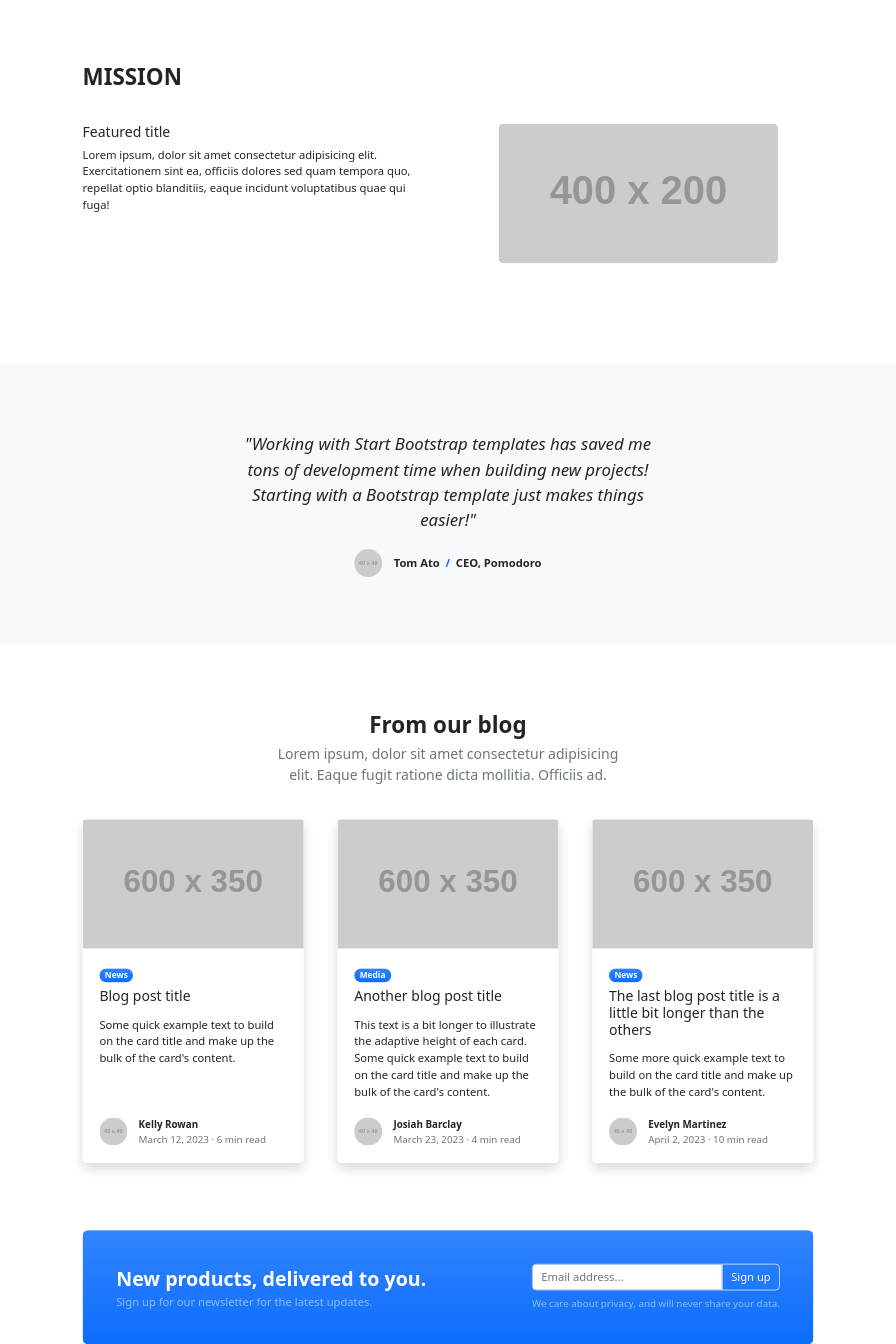
Repository: DragonFruit8/BeTheSpark
Page: index.html
An editor plug-in stored every save of this project. The page is shown before and after the next save, followed by the edit.
The browser window is 1280 px wide. The pictures show the part of the page from y = 489 to 2409 px (the page is 2577 px tall before and 2677 px after), at 70% of full size.

Above is the page before, as saved 2024-01-14 07:53:42.

### index.html
<!DOCTYPE html>
<html lang="en">
    <head>
        <meta charset="utf-8" />
        <meta name="viewport" content="width=device-width, initial-scale=1, shrink-to-fit=no" />
        <meta name="description" content="" />
        <meta name="author" content="" />
        <title>Modern Business - Start Bootstrap Template</title>
        <!-- Favicon-->
        <link rel="icon" type="image/x-icon" href="assets/favicon.ico" />
        <!-- Bootstrap icons-->
        <link href="https://cdn.jsdelivr.net/npm/bootstrap-icons@1.5.0/font/bootstrap-icons.css" rel="stylesheet" />
        <!-- Core theme CSS (includes Bootstrap)-->
        <link href="css/styles.css" rel="stylesheet" />
        <link href="css/home.css" rel="stylesheet" />
    </head>
    <body class="d-flex flex-column h-100">
        <main class="flex-shrink-0">
            <!-- Navigation-->
            <nav class="navbar navbar-expand-lg navbar-dark bg-dark">
                <div class="container px-5">
                    <a class="navbar-brand" href="index.html">Start Bootstrap</a>
                    <button class="navbar-toggler" type="button" data-bs-toggle="collapse" data-bs-target="#navbarSupportedContent" aria-controls="navbarSupportedContent" aria-expanded="false" aria-label="Toggle navigation"><span class="navbar-toggler-icon"></span></button>
                    <div class="collapse navbar-collapse" id="navbarSupportedContent">
                        <ul class="navbar-nav ms-auto mb-2 mb-lg-0">
                            <li class="nav-item"><a class="nav-link" href="index.html">Home</a></li>
                            <li class="nav-item"><a class="nav-link" href="about.html">About</a></li>
                            <li class="nav-item"><a class="nav-link" href="contact.html">Contact</a></li>
                            <li class="nav-item"><a class="nav-link" href="pricing.html">Pricing</a></li>
                            <li class="nav-item"><a class="nav-link" href="faq.html">FAQ</a></li>
                            <li class="nav-item dropdown">
                                <a class="nav-link dropdown-toggle" id="navbarDropdownBlog" href="#" role="button" data-bs-toggle="dropdown" aria-expanded="false">Blog</a>
                                <ul class="dropdown-menu dropdown-menu-end" aria-labelledby="navbarDropdownBlog">
                                    <li><a class="dropdown-item" href="blog-home.html">Blog Home</a></li>
                                    <li><a class="dropdown-item" href="blog-post.html">Blog Post</a></li>
                                </ul>
                            </li>
                            <li class="nav-item dropdown">
                                <a class="nav-link dropdown-toggle" id="navbarDropdownPortfolio" href="#" role="button" data-bs-toggle="dropdown" aria-expanded="false">Portfolio</a>
                                <ul class="dropdown-menu dropdown-menu-end" aria-labelledby="navbarDropdownPortfolio">
                                    <li><a class="dropdown-item" href="portfolio-overview.html">Portfolio Overview</a></li>
                                    <li><a class="dropdown-item" href="portfolio-item.html">Portfolio Item</a></li>
                                </ul>
                            </li>
                        </ul>
                    </div>
                </div>
            </nav>
            <!-- Header-->
            <header class="bg-dark py-5">
                <div class="container px-5">
                    <div class="row gx-5 align-items-center justify-content-center">
                        <div class="col-lg-8 col-xl-10 col-xxl-12">
                            <div class="my-5 text-center text-xl-start">
                                <h1 class="display-5 fw-bolder text-white mb-2">Be The Spark</h1>
                                <p class="lead fw-normal text-white-50 mb-4">Ignite Change in the World</p>
                                <div id="CTA" class="d-grid gap-3 d-sm-flex justify-content-sm-center justify-content-xl-start">
                                    <a id="introCard" class="btn btn-primary btn-lg px-4 me-sm-3" href="#features">Our Movement</a>
                                    <a id="introCard" class="btn btn-outline-light btn-lg px-4" href="#!">Monthly Zoom Calls</a>
                                    <a id="introCard" class="btn btn-primary btn-lg px-4 me-sm-3" href="#features">Get Involved </a>
                                </div>
                            </div>
                        </div>
                        <!-- <div class="col-xl-5 col-xxl-6 d-none d-xl-block text-center"><img class="img-fluid rounded-3 my-5" src="https://dummyimage.com/600x400/343a40/6c757d" alt="..." /></div> -->
                    </div>
                </div>
            </header>
            <!-- Features section-->
            <section class="py-5" id="features">
                <div class="container px-5 my-5">
                    <div class="row gx-5">
                        <div class="col-lg-4 mb-5 mb-lg-0"><h2 class="fw-bolder mb-5">MISSION</h2></div>
                        <div class="row-lg-8">
                            <div class="row gx-5 row-cols-1 row-cols-md-2">
                                <div class="col mb-5 h-100">
                                    <!-- <div class="feature bg-primary bg-gradient text-white rounded-3 mb-3">
                                        <i class="bi bi-collection"></i>
                                    </div> -->
                                    <h2 class="h5">Featured title</h2>
                                    <p class="mb-0">Lorem ipsum, dolor sit amet consectetur adipisicing elit. Exercitationem sint ea, officiis dolores sed quam tempora quo, repellat optio blanditiis, eaque incidunt voluptatibus quae qui fuga!</p>
                                </div>
                                <!-- Photo on the right side -->
                                <div class="col mb-5 h-50 w-50">
                                    <img class="img-fluid rounded-3 mx-5" src="https://dummyimage.com/400x200/343a40/6c757d" alt="..." />

                                <!-- <div class="col mb-5 h-100">
                                    <div class="feature bg-primary bg-gradient text-white rounded-3 mb-3"><i class="bi bi-building"></i></div>
                                    <h2 class="h5">Featured title</h2>
                                    <p class="mb-0">Paragraph of text beneath the heading to explain the heading. Here is just a bit more text.</p>
                                </div>
                                <div class="col mb-5 mb-md-0 h-100">
                                    <div class="feature bg-primary bg-gradient text-white rounded-3 mb-3"><i class="bi bi-toggles2"></i></div>
                                    <h2 class="h5">Featured title</h2>
                                    <p class="mb-0">Paragraph of text beneath the heading to explain the heading. Here is just a bit more text.</p>
                                </div>
                                <div class="col h-100">
                                    <div class="feature bg-primary bg-gradient text-white rounded-3 mb-3"><i class="bi bi-toggles2"></i></div>
                                    <h2 class="h5">Featured title</h2>
                                    <p class="mb-0">Paragraph of text beneath the heading to explain the heading. Here is just a bit more text.</p>
                                </div> -->
                            </div>
                        </div>
                    </div>
                </div>
            </section>
            <!-- Testimonial section-->
            <div class="py-5 bg-light">
                <div class="container px-5 my-5">
                    <div class="row gx-5 justify-content-center">
                        <div class="col-lg-10 col-xl-7">
                            <div class="text-center">
                                <div class="fs-4 mb-4 fst-italic">"Working with Start Bootstrap templates has saved me tons of development time when building new projects! Starting with a Bootstrap template just makes things easier!"</div>
                                <div class="d-flex align-items-center justify-content-center">
                                    <img class="rounded-circle me-3" src="https://dummyimage.com/40x40/ced4da/6c757d" alt="..." />
                                    <div class="fw-bold">
                                        Tom Ato
                                        <span class="fw-bold text-primary mx-1">/</span>
                                        CEO, Pomodoro
                                    </div>
                                </div>
                            </div>
                        </div>
                    </div>
                </div>
            </div>
            <!-- Blog preview section-->
            <section class="py-5">
                <div class="container px-5 my-5">
                    <div class="row gx-5 justify-content-center">
                        <div class="col-lg-8 col-xl-6">
                            <div class="text-center">
                                <h2 class="fw-bolder">From our blog</h2>
                                <p class="lead fw-normal text-muted mb-5">Lorem ipsum, dolor sit amet consectetur adipisicing elit. Eaque fugit ratione dicta mollitia. Officiis ad.</p>
                            </div>
                        </div>
                    </div>
                    <div class="row gx-5">
                        <div class="col-lg-4 mb-5">
                            <div class="card h-100 shadow border-0">
                                <img class="card-img-top" src="https://dummyimage.com/600x350/ced4da/6c757d" alt="..." />
                                <div class="card-body p-4">
                                    <div class="badge bg-primary bg-gradient rounded-pill mb-2">News</div>
                                    <a class="text-decoration-none link-dark stretched-link" href="#!"><h5 class="card-title mb-3">Blog post title</h5></a>
                                    <p class="card-text mb-0">Some quick example text to build on the card title and make up the bulk of the card's content.</p>
                                </div>
                                <div class="card-footer p-4 pt-0 bg-transparent border-top-0">
                                    <div class="d-flex align-items-end justify-content-between">
                                        <div class="d-flex align-items-center">
                                            <img class="rounded-circle me-3" src="https://dummyimage.com/40x40/ced4da/6c757d" alt="..." />
                                            <div class="small">
                                                <div class="fw-bold">Kelly Rowan</div>
                                                <div class="text-muted">March 12, 2023 &middot; 6 min read</div>
                                            </div>
                                        </div>
                                    </div>
                                </div>
                            </div>
                        </div>
                        <div class="col-lg-4 mb-5">
                            <div class="card h-100 shadow border-0">
                                <img class="card-img-top" src="https://dummyimage.com/600x350/adb5bd/495057" alt="..." />
                                <div class="card-body p-4">
                                    <div class="badge bg-primary bg-gradient rounded-pill mb-2">Media</div>
                                    <a class="text-decoration-none link-dark stretched-link" href="#!"><h5 class="card-title mb-3">Another blog post title</h5></a>
                                    <p class="card-text mb-0">This text is a bit longer to illustrate the adaptive height of each card. Some quick example text to build on the card title and make up the bulk of the card's content.</p>
                                </div>
                                <div class="card-footer p-4 pt-0 bg-transparent border-top-0">
                                    <div class="d-flex align-items-end justify-content-between">
                                        <div class="d-flex align-items-center">
                                            <img class="rounded-circle me-3" src="https://dummyimage.com/40x40/ced4da/6c757d" alt="..." />
                                            <div class="small">
                                                <div class="fw-bold">Josiah Barclay</div>
                                                <div class="text-muted">March 23, 2023 &middot; 4 min read</div>
                                            </div>
                                        </div>
                                    </div>
                                </div>
                            </div>
                        </div>
                        <div class="col-lg-4 mb-5">
                            <div class="card h-100 shadow border-0">
                                <img class="card-img-top" src="https://dummyimage.com/600x350/6c757d/343a40" alt="..." />
                                <div class="card-body p-4">
                                    <div class="badge bg-primary bg-gradient rounded-pill mb-2">News</div>
                                    <a class="text-decoration-none link-dark stretched-link" href="#!"><h5 class="card-title mb-3">The last blog post title is a little bit longer than the others</h5></a>
                                    <p class="card-text mb-0">Some more quick example text to build on the card title and make up the bulk of the card's content.</p>
                                </div>
                                <div class="card-footer p-4 pt-0 bg-transparent border-top-0">
                                    <div class="d-flex align-items-end justify-content-between">
                                        <div class="d-flex align-items-center">
                                            <img class="rounded-circle me-3" src="https://dummyimage.com/40x40/ced4da/6c757d" alt="..." />
                                            <div class="small">
                                                <div class="fw-bold">Evelyn Martinez</div>
                                                <div class="text-muted">April 2, 2023 &middot; 10 min read</div>
                                            </div>
                                        </div>
                                    </div>
                                </div>
                            </div>
                        </div>
                    </div>
                    <!-- Call to action-->
                    <aside class="bg-primary bg-gradient rounded-3 p-4 p-sm-5 mt-5">
                        <div class="d-flex align-items-center justify-content-between flex-column flex-xl-row text-center text-xl-start">
                            <div class="mb-4 mb-xl-0">
                                <div class="fs-3 fw-bold text-white">New products, delivered to you.</div>
                                <div class="text-white-50">Sign up for our newsletter for the latest updates.</div>
                            </div>
                            <div class="ms-xl-4">
                                <div class="input-group mb-2">
                                    <input class="form-control" type="text" placeholder="Email address..." aria-label="Email address..." aria-describedby="button-newsletter" />
                                    <button class="btn btn-outline-light" id="button-newsletter" type="button">Sign up</button>
                                </div>
                                <div class="small text-white-50">We care about privacy, and will never share your data.</div>
                            </div>
                        </div>
                    </aside>
                </div>
            </section>
        </main>
        <!-- Footer-->
        <footer class="bg-dark py-4 mt-auto">
            <div class="container px-5">
                <div class="row align-items-center justify-content-between flex-column flex-sm-row">
                    <div class="col-auto"><div class="small m-0 text-white">Copyright &copy; Your Website 2023</div></div>
                    <div class="col-auto">
                        <a class="link-light small" href="#!">Privacy</a>
                        <span class="text-white mx-1">&middot;</span>
                        <a class="link-light small" href="#!">Terms</a>
                        <span class="text-white mx-1">&middot;</span>
                        <a class="link-light small" href="#!">Contact</a>
                    </div>
                </div>
            </div>
        </footer>
        <!-- Bootstrap core JS-->
        <script src="https://cdn.jsdelivr.net/npm/bootstrap@5.2.3/dist/js/bootstrap.bundle.min.js"></script>
        <!-- Core theme JS-->
        <script src="js/scripts.js"></script>
    </body>
</html>

### css/home.css

#CTA{
    justify-content: center;
}
#CTA a{
    display: flex;
    max-height: 600px;
    max-width: 300px;
    padding: 20px;
    margin-top: 20px;
    margin-bottom: 20px;
    border-radius: 5px;
}

#CTA #introCard{
    display: flex;
    flex-direction: column;
    justify-content: center;
    align-items: center;
    /* height: 200px; */
    margin-top: 20px;
    margin-bottom: 20px;
    padding: 20px;
    border-radius: 5px;
}

@media (min-width: 1080px) {
    #CTA > a{
        display: inline-flex;
        flex-direction: row;
        min-height:75px !important;
        min-width: 200px !important;
        padding: 20px;
        justify-content: center;
        border-radius: 5px;
    }

}

@media (max-width: 1080px) and (min-width: 648px) {
    #CTA a{
        display: inline-flex;
        flex-direction: row;
        max-height: 100px !important;
        max-width: fit-content !important;
        min-width: 250px !important;
        text-align: center;
        justify-content: center;
        border-radius: 5px;
    }
    #CTA {
        display: flex;
        flex-direction: column;
        flex-wrap: nowrap;
        justify-content: center;
        align-items: center;

    }
}

@media (min-width: 1080px) {
    #CTA a{
        display: inline-flex;
        flex-direction: row;
        max-height: 100px !important;
        max-width: fit-content !important;
        min-width: 250px !important;
        text-align: center;
        justify-content: center;
        border-radius: 5px;
    }
}

Loaded but not shown: css/styles.css (library); js/scripts.js (common file)

After the next save:
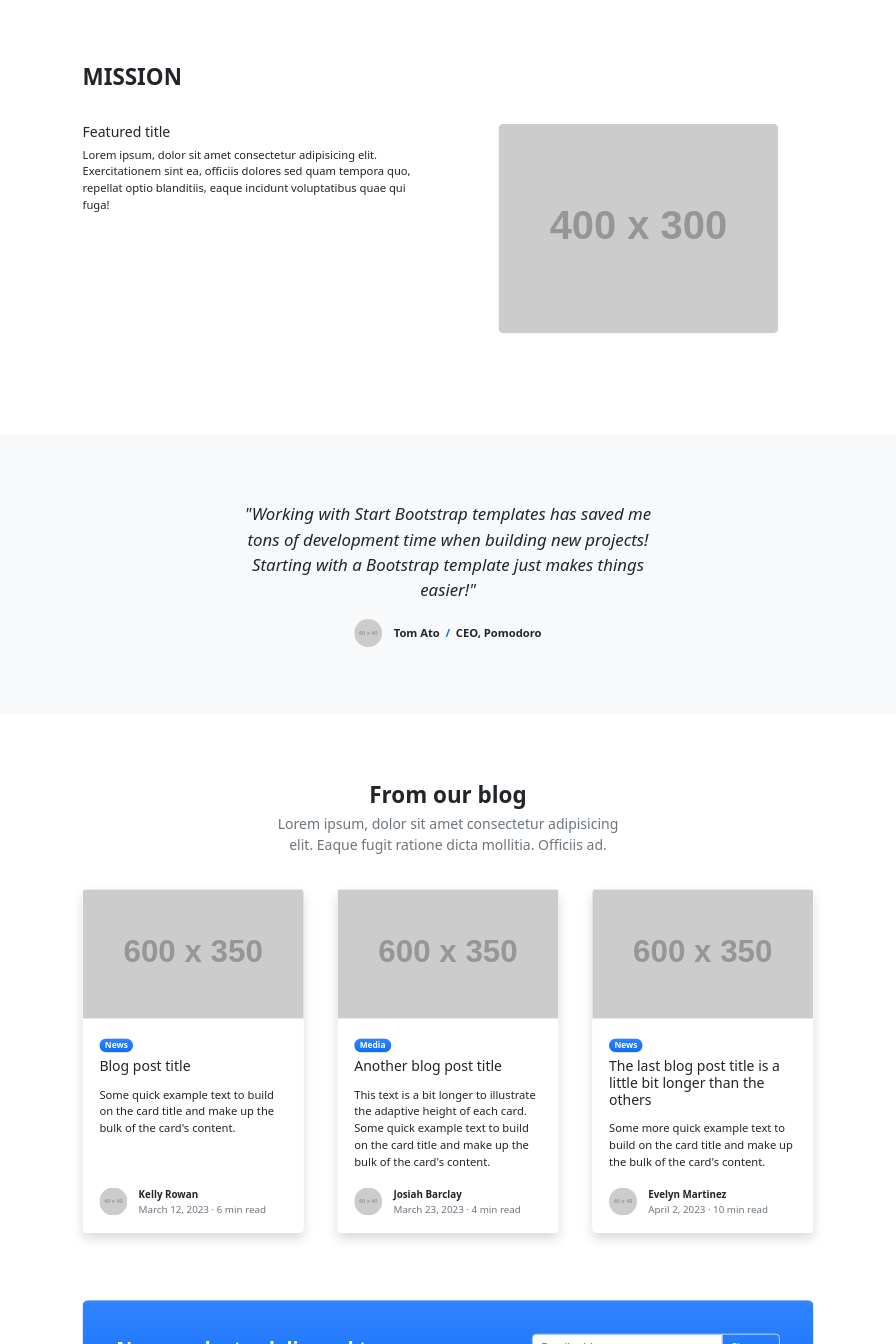
Saved 17 s later.
--- a/index.html
+++ b/index.html
@@ -81,7 +81,7 @@
                                 </div>
                                 <!-- Photo on the right side -->
                                 <div class="col mb-5 h-50 w-50">
-                                    <img class="img-fluid rounded-3 mx-5" src="https://dummyimage.com/400x200/343a40/6c757d" alt="..." />
+                                    <img class="img-fluid rounded-3 mx-5" src="https://dummyimage.com/400x300/343a40/6c757d" alt="..." />
 
                                 <!-- <div class="col mb-5 h-100">
                                     <div class="feature bg-primary bg-gradient text-white rounded-3 mb-3"><i class="bi bi-building"></i></div>
